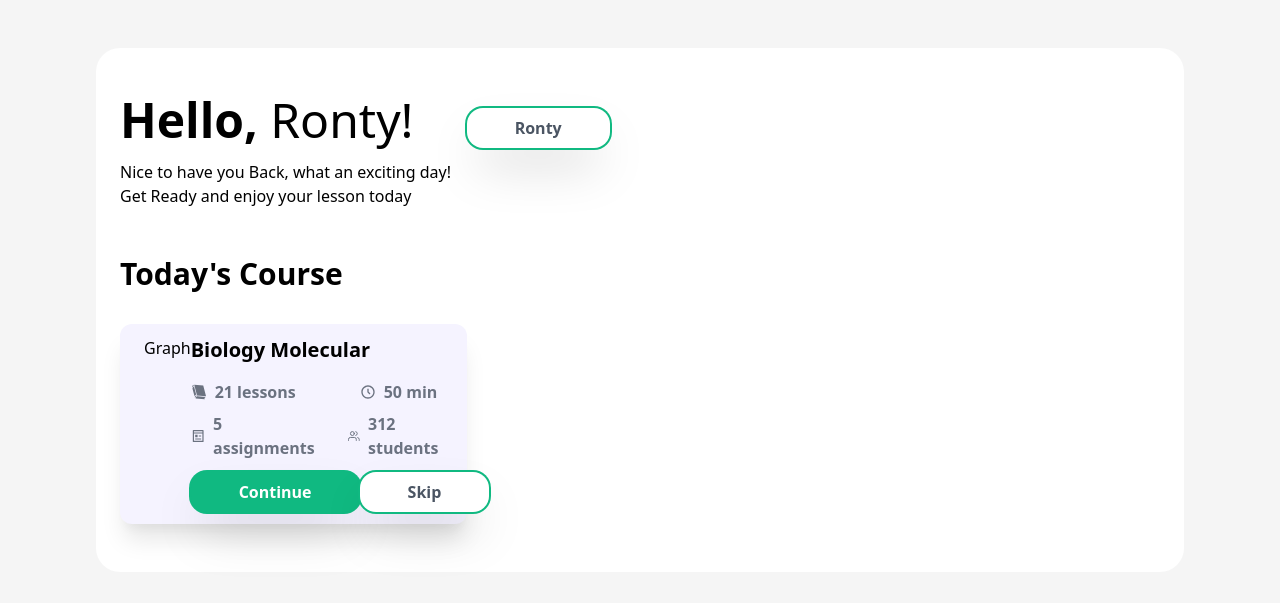
Repository: coolronts/Vite-Tailwind
Page: /
The author's editor kept a copy of each file at every save. The page is drawn from the files as they stood at one save, then again after the next save.
The browser window is 1280 px wide. The pictures show the whole page.
The project was rebuilt for these pictures with package versions that can differ from the ones it lists, and the page was loaded fresh each time. Also part of the build but not shown: vite.config.js.

Above is the page before, as saved 2021-11-26 07:49:44.

After the next save:
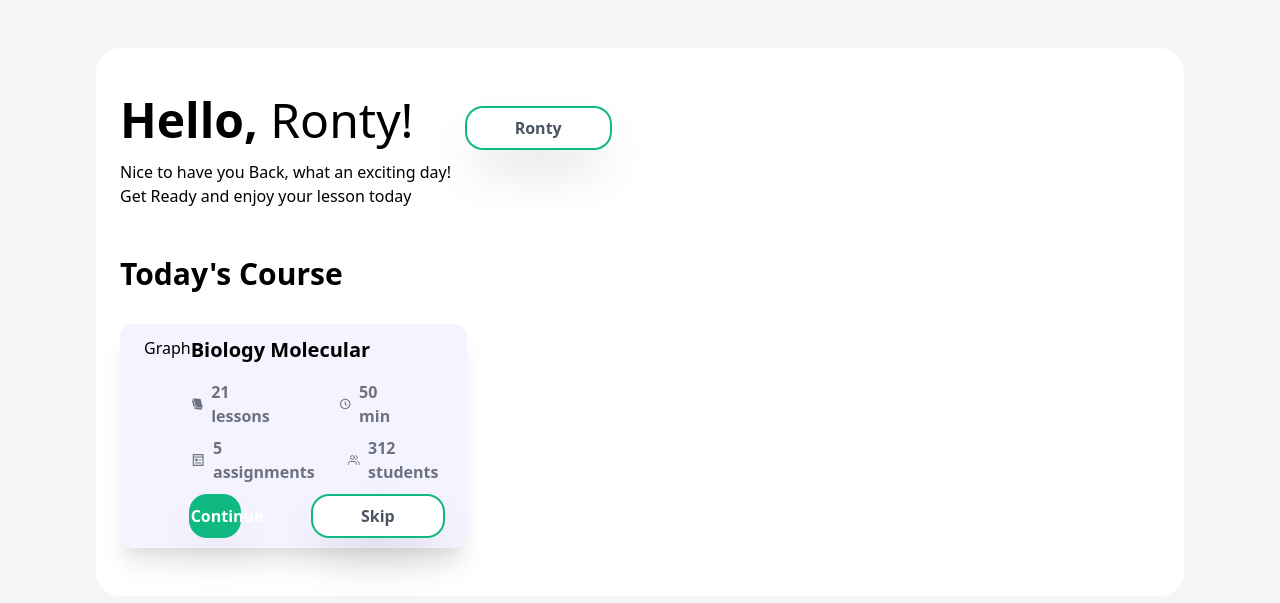
Saved 17 s later.
--- a/src/components/Button/index.jsx
+++ b/src/components/Button/index.jsx
@@ -2,7 +2,7 @@
 
 export const PrimaryButton = ({name}) =>{
   return (
-    <button className="bg-green-500 px-12 py-2 ring-2 ring-green-500 text-white text-md font-semibold shadow-2xl rounded-2xl mt-3">
+    <button className="bg-green-500 w-12 py-2 ring-2 ring-green-500 text-white text-md font-semibold shadow-2xl rounded-2xl mt-3">
       {name}
     </button>
   )

After the save that followed:
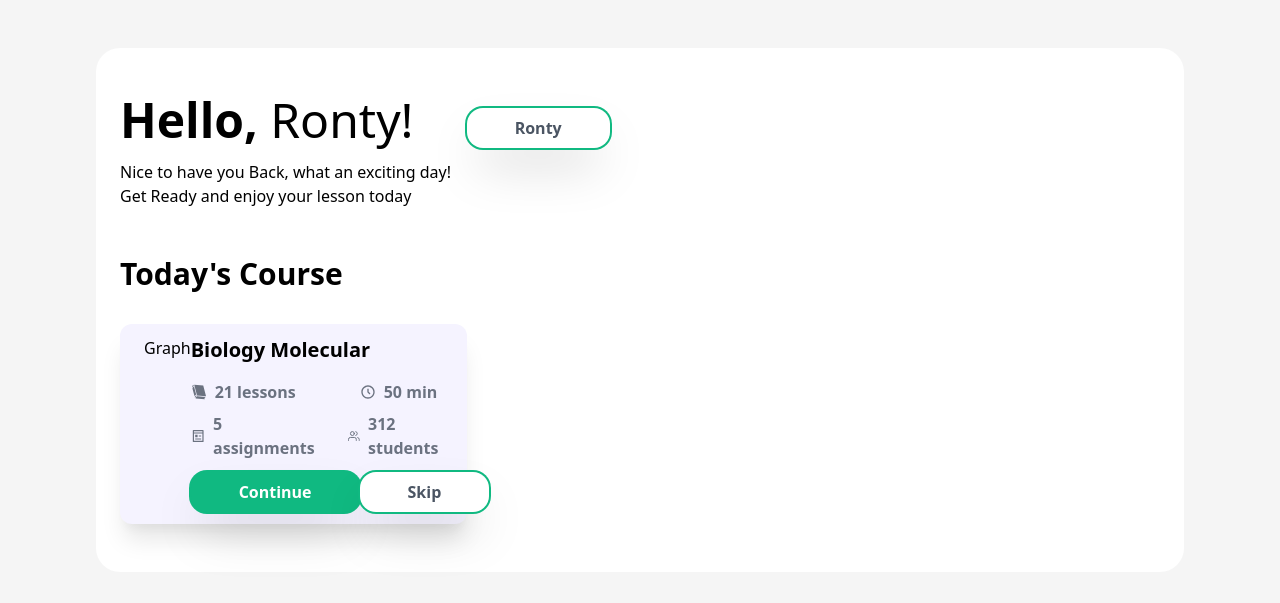
Saved 5 s later.
--- a/src/components/Button/index.jsx
+++ b/src/components/Button/index.jsx
@@ -2,7 +2,7 @@
 
 export const PrimaryButton = ({name}) =>{
   return (
-    <button className="bg-green-500 w-12 py-2 ring-2 ring-green-500 text-white text-md font-semibold shadow-2xl rounded-2xl mt-3">
+    <button className="bg-green-500 w-48 py-2 ring-2 ring-green-500 text-white text-md font-semibold shadow-2xl rounded-2xl mt-3">
       {name}
     </button>
   )
